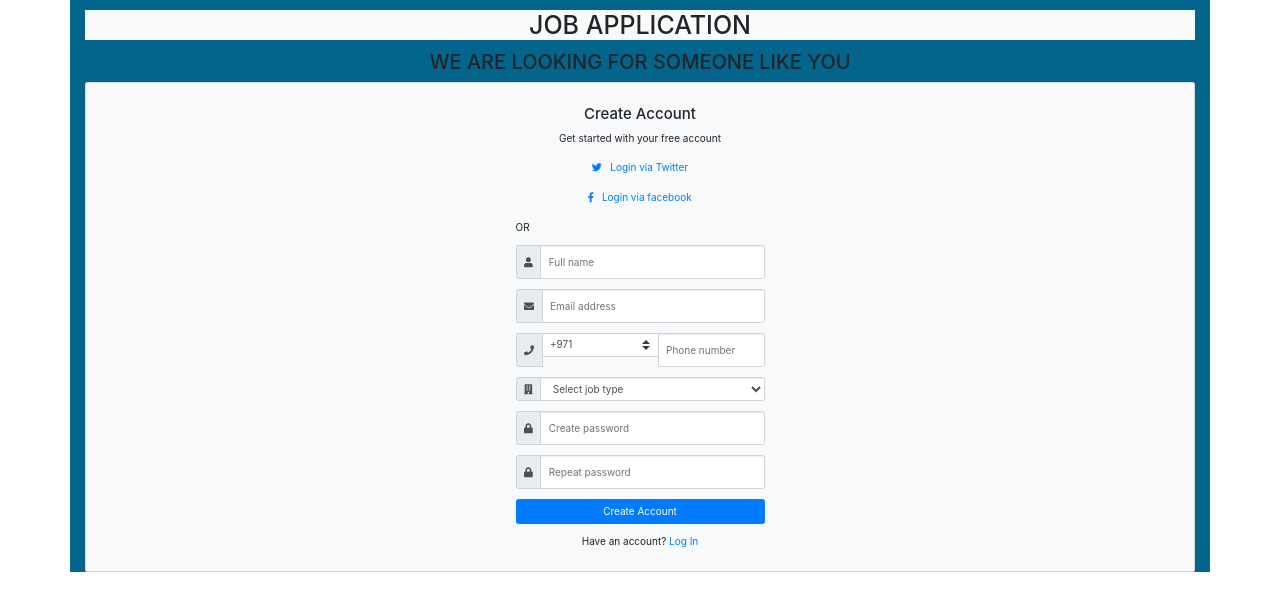
Repository: jenny241093/JS-Core
Page: 03.JSApplications/06.JSForFrontEndEx/skeleton/index.html
These files come from the project's save history. The page is drawn as it stood at one moment and after the next save; the edit follows.
The browser window is 1280 px wide. The pictures show the whole page.
Some web libraries are served in a nearby version.

Above is the page before, as saved 2019-04-01 15:08:34.

### 03.JSApplications/06.JSForFrontEndEx/skeleton/index.html
<!DOCTYPE html>
<html lang="en">

<head>
    <title>Bootstrap Example</title>
    <meta charset="utf-8">
    <meta name="viewport" content="width=device-width, initial-scale=1">
    <link rel="stylesheet" href="https://maxcdn.bootstrapcdn.com/bootstrap/3.4.0/css/bootstrap.min.css">
    <script src="https://ajax.googleapis.com/ajax/libs/jquery/3.3.1/jquery.min.js"></script>
    <script src="https://maxcdn.bootstrapcdn.com/bootstrap/3.4.0/js/bootstrap.min.js"></script>
</head>

<body>
    <link href="//maxcdn.bootstrapcdn.com/bootstrap/4.0.0/css/bootstrap.min.css" rel="stylesheet" id="bootstrap-css">
    <script src="//maxcdn.bootstrapcdn.com/bootstrap/4.0.0/js/bootstrap.min.js"></script>
    <script src="//cdnjs.cloudflare.com/ajax/libs/jquery/3.2.1/jquery.min.js"></script>
    <!------ Include the above in your HEAD tag ---------->

    <link rel="stylesheet" href="https://use.fontawesome.com/releases/v5.0.8/css/all.css">


    <div class="container" style="background-color:rgb(3, 101, 139)">
        <h1 class="card-title mt-3 text-center" style="background-color:rgb(249, 250, 250)">JOB APPLICATION</h1>
        <h2 class="card-title mt-3 text-center">WE ARE LOOKING FOR SOMEONE LIKE YOU</h2>
        <div class="card bg-light">
            <article class="card-body mx-auto" style="max-width: 400px;">
                <h4 class="card-title mt-3 text-center">Create Account</h4>
                <p class="text-center">Get started with your free account</p>
                <p>
                    <a href="" class="btn btn-block btn-twitter"> <i class="fab fa-twitter"></i>   Login via Twitter</a>
                    <a href="" class="btn btn-block btn-facebook"> <i class="fab fa-facebook-f"></i>   Login via facebook</a>
                </p>
                <p class="divider-text">
                    <span class="bg-light">OR</span>
                </p>
                <form>
                    <div class="form-group input-group">
                        <div class="input-group-prepend">
                            <span class="input-group-text"> <i class="fa fa-user"></i> </span>
                        </div>
                        <input name="" class="form-control" placeholder="Full name" type="text">
                    </div>
                    <!-- form-group// -->
                    <div class="form-group input-group">
                        <div class="input-group-prepend">
                            <span class="input-group-text"> <i class="fa fa-envelope"></i> </span>
                        </div>
                        <input name="" class="form-control" placeholder="Email address" type="email">
                    </div>
                    <!-- form-group// -->
                    <div class="form-group input-group">
                        <div class="input-group-prepend">
                            <span class="input-group-text"> <i class="fa fa-phone"></i> </span>
                        </div>
                        <select class="custom-select" style="max-width: 120px;">
                <option selected="">+971</option>
                <option value="1">+972</option>
                <option value="2">+198</option>
                <option value="3">+701</option>
            </select>
                        <input name="" class="form-control" placeholder="Phone number" type="text">
                    </div>
                    <!-- form-group// -->
                    <div class="form-group input-group">
                        <div class="input-group-prepend">
                            <span class="input-group-text"> <i class="fa fa-building"></i> </span>
                        </div>
                        <select class="form-control">
                <option selected=""> Select job type</option>
                <option>Designer</option>
                <option>Manager</option>
                <option>Accaunting</option>
            </select>
                    </div>
                    <!-- form-group end.// -->
                    <div class="form-group input-group">
                        <div class="input-group-prepend">
                            <span class="input-group-text"> <i class="fa fa-lock"></i> </span>
                        </div>
                        <input class="form-control" placeholder="Create password" type="password">
                    </div>
                    <!-- form-group// -->
                    <div class="form-group input-group">
                        <div class="input-group-prepend">
                            <span class="input-group-text"> <i class="fa fa-lock"></i> </span>
                        </div>
                        <input class="form-control" placeholder="Repeat password" type="password">
                    </div>
                    <!-- form-group// -->
                    <div class="form-group">
                        <button type="submit" class="btn btn-primary btn-block"> Create Account  </button>
                    </div>
                    <!-- form-group// -->
                    <p class="text-center">Have an account? <a href="">Log In</a> </p>
                </form>
            </article>
        </div>
        <!-- card.// -->

    </div>
    <!--container end.//-->

</body>

</html>

After the next save:
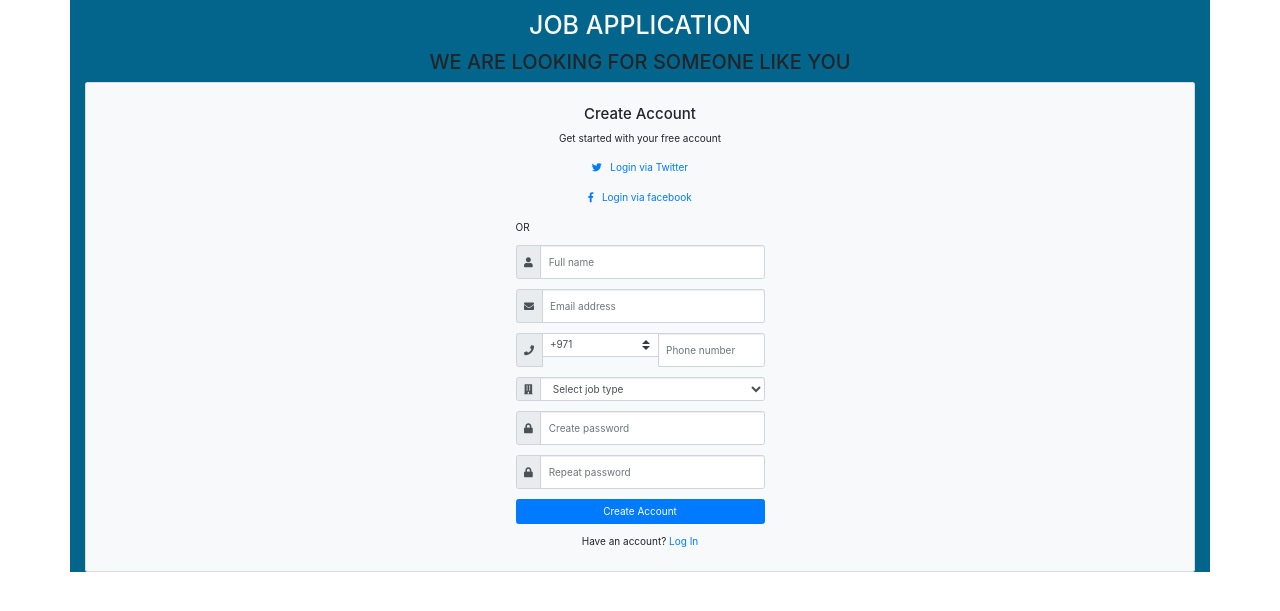
Saved 8 s later.
--- a/03.JSApplications/06.JSForFrontEndEx/skeleton/index.html
+++ b/03.JSApplications/06.JSForFrontEndEx/skeleton/index.html
@@ -20,7 +20,7 @@
 
 
     <div class="container" style="background-color:rgb(3, 101, 139)">
-        <h1 class="card-title mt-3 text-center" style="background-color:rgb(249, 250, 250)">JOB APPLICATION</h1>
+        <h1 class="card-title mt-3 text-center" style="color:rgb(249, 250, 250)">JOB APPLICATION</h1>
         <h2 class="card-title mt-3 text-center">WE ARE LOOKING FOR SOMEONE LIKE YOU</h2>
         <div class="card bg-light">
             <article class="card-body mx-auto" style="max-width: 400px;">
